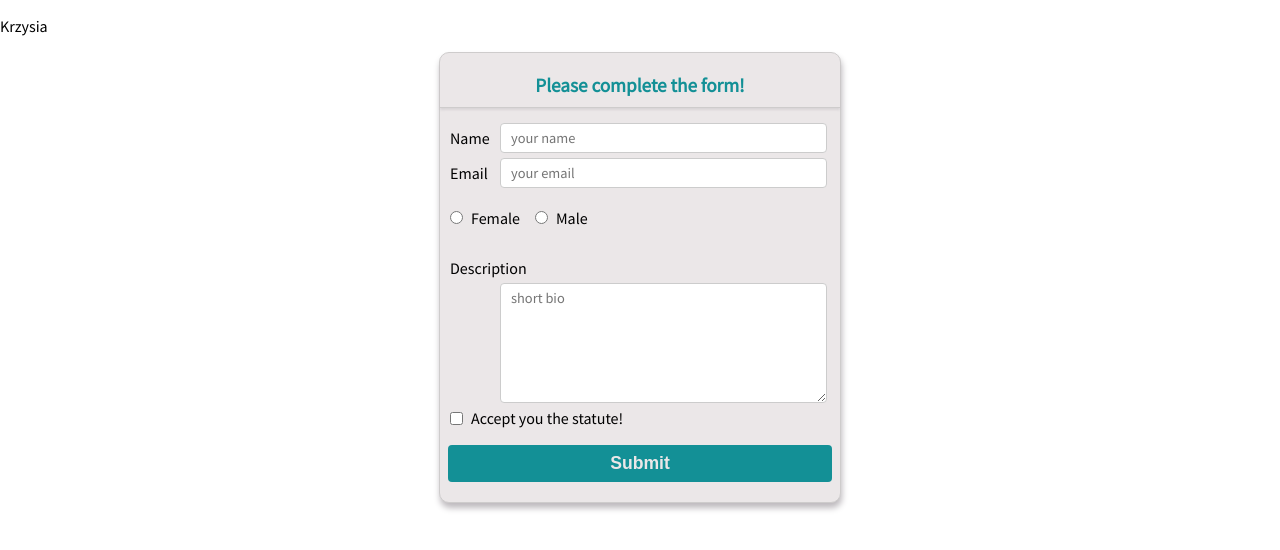
Repository: KrzysKolo/sr_tydzien4_zad2
Page: /
An editor plug-in stored every save of this project. The page is shown before and after the next save, followed by the edit.
The browser window is 1280 px wide. The pictures show the whole page.
The project was rebuilt for these pictures with package versions that can differ from the ones it lists, and the page was loaded fresh each time. Also part of the build but not shown: src/components/formComponents/ErrorMessage.js, src/components/formComponents/Message.js.

Above is the page before, as saved 2020-11-27 23:54:42.

After the next save:
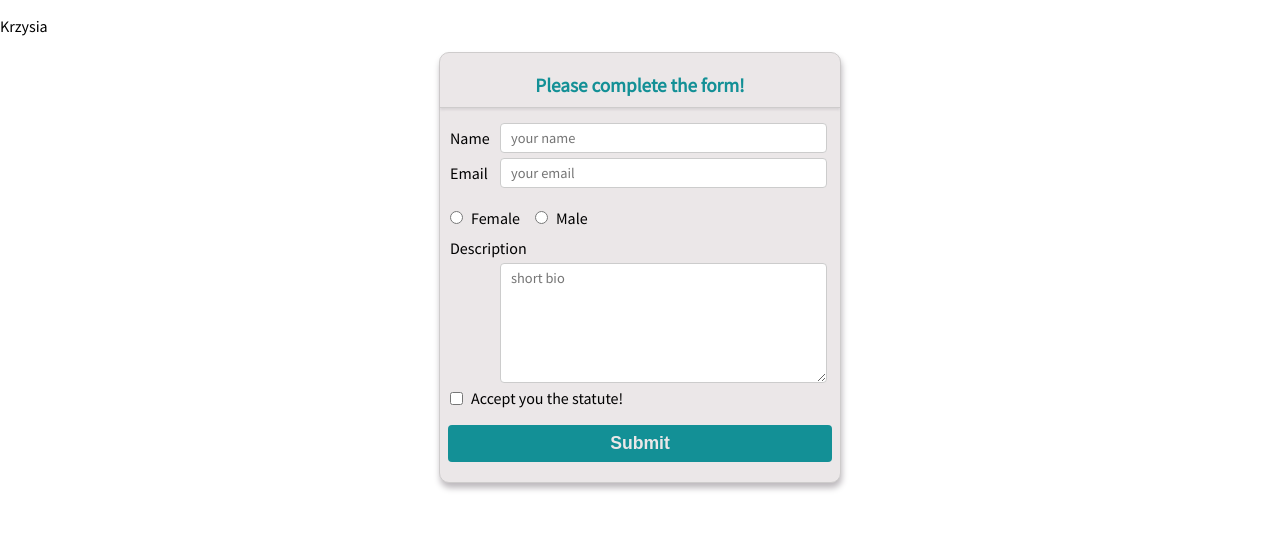
Saved 17 s later.
--- a/src/components/formComponents/Radio.js
+++ b/src/components/formComponents/Radio.js
@@ -6,7 +6,7 @@ const RadioDiv = styled.div`
     display: flex;
     flex-direction: row;
     align-items: center;
-    margin: 5% 0;
+    margin-top: 5%;
 `;
 const RadioLabel = styled.label`
     font-size: 1rem;
